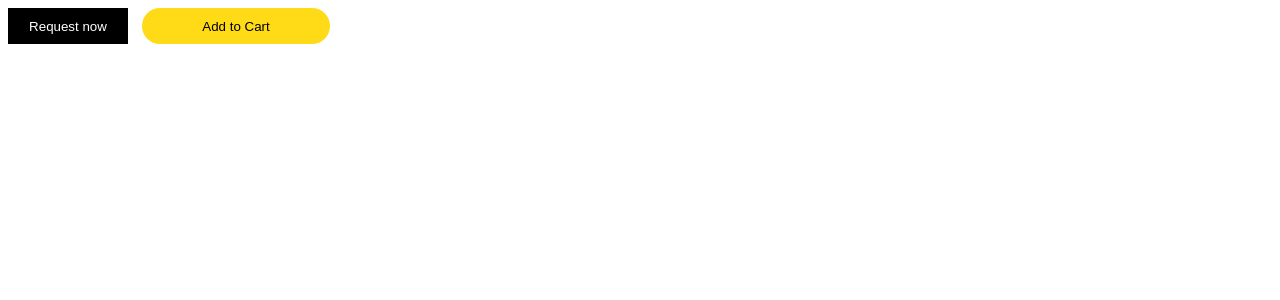
Repository: Kurumilli/Youtube
Page: Exercise3.html
These files come from the project's save history. The page is drawn as it stood at one moment and after the next save; the edit follows.
The browser window is 1280 px wide. The pictures show the whole page.

Above is the page before, as saved 2025-01-25 12:15:56.

After the next save:
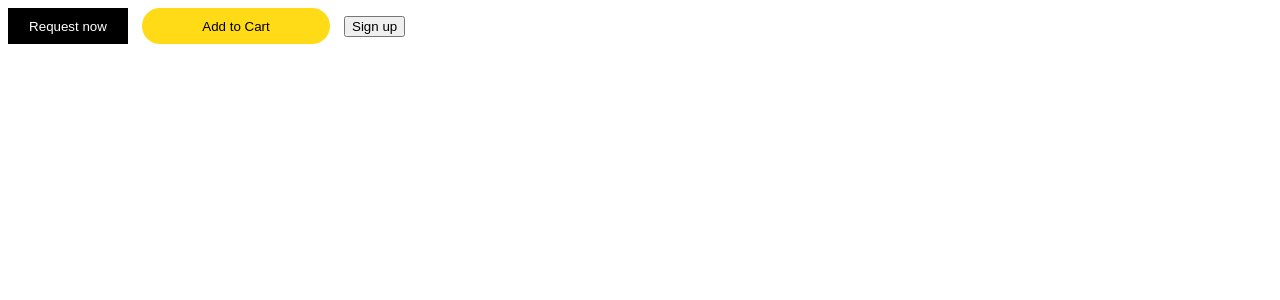
Saved 47 s later.
--- a/Exercise3.html
+++ b/Exercise3.html
@@ -42,5 +42,9 @@
         <button class="amazon">
             Add to Cart
         </button>
+
+        <button class="github">
+             Sign up
+            </button>
      </body>
 </html>
